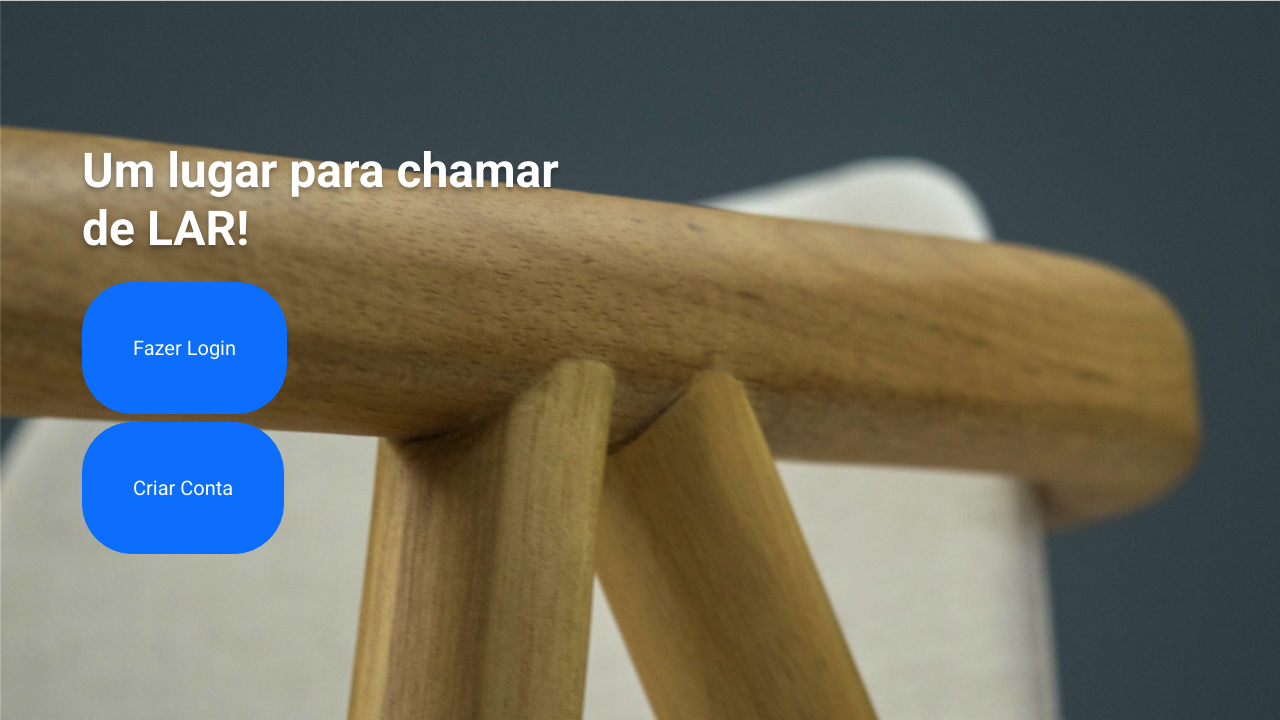
Repository: telesbp/Projeto-4-e-Projeto-5
Page: / (app in front-end/)
The author's editor kept a copy of each file at every save. The page is drawn from the files as they stood at one save, then again after the next save.
The browser window is 1280 px wide. The pictures show the whole page.
The project was rebuilt for these pictures with package versions that can differ from the ones it lists, and the page was loaded fresh each time.

Above is the page before, as saved 2022-07-17 15:48:24.

After the next save:
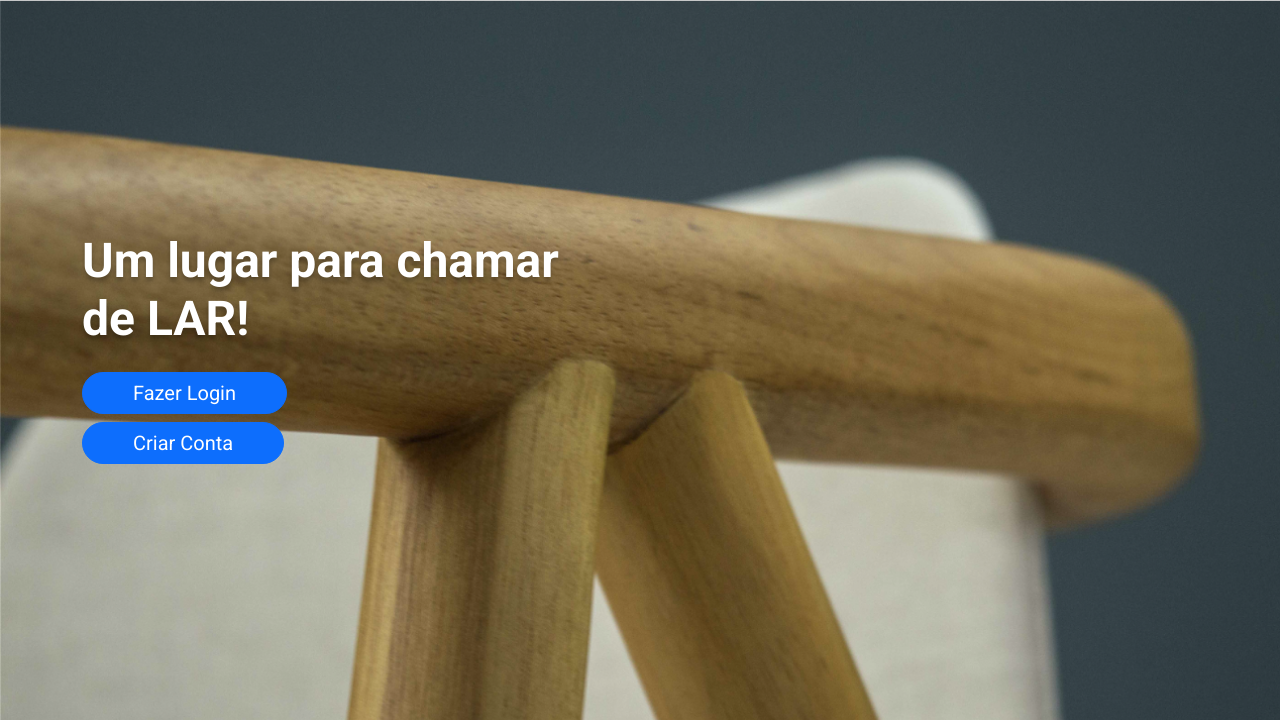
Saved 7 s later.
--- a/front-end/src/components/CustomButton/index.tsx
+++ b/front-end/src/components/CustomButton/index.tsx
@@ -9,5 +9,5 @@ export function CustomButton(props: ButtonProps ) {
 const ButtonStyled = styled(Button)`
     border-radius: 50px;
     font-weight: 500;
-    padding:50px 50px 50px 50px;
+    padding:5px 50px 5px 50px;
 `
